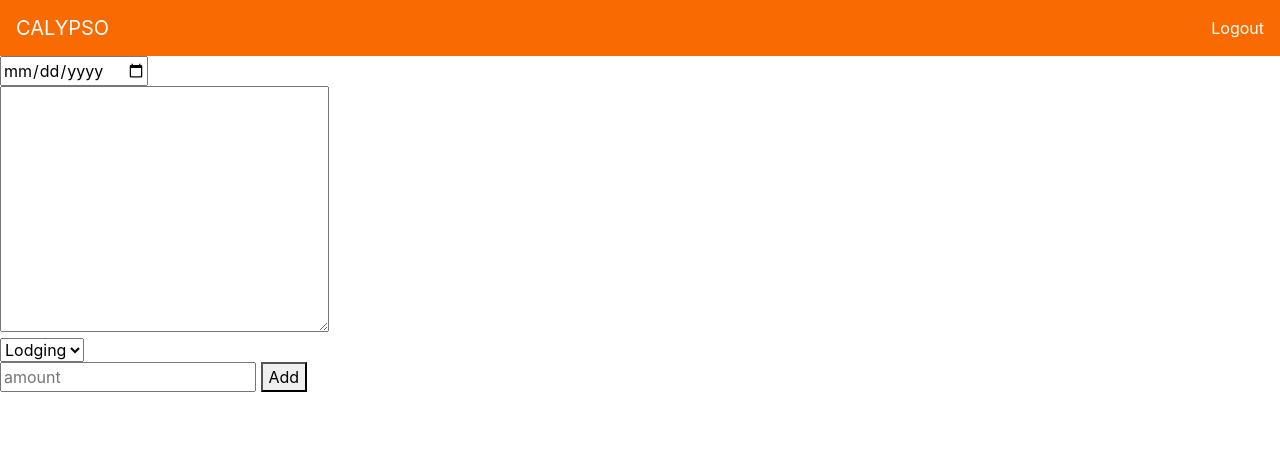
Repository: mileslacue/Project1
Page: Minimal Viable Product/Project1/ERS/src/main/webapp/partials/createReimbursement.html
An editor plug-in stored every save of this project. The page is shown before and after the next save, followed by the edit.
The browser window is 1280 px wide. The pictures show the whole page.
Some web libraries are served in a nearby version.

Above is the page before, as saved 2018-11-07 14:23:07.

### Minimal Viable Product/Project1/ERS/src/main/webapp/partials/createReimbursement.html
<!DOCTYPE html>
<html lang="en">

<head>
<meta charset="UTF-8">
<meta name="viewport" content="width=device-width, initial-scale=1.0">
<meta http-equiv="X-UA-Compatible" content="ie=edge">
<link rel="stylesheet" href="https://stackpath.bootstrapcdn.com/bootstrap/4.1.3/css/bootstrap.min.css" integrity="sha384-MCw98/SFnGE8fJT3GXwEOngsV7Zt27NXFoaoApmYm81iuXoPkFOJwJ8ERdknLPMO"

       crossorigin="anonymous">

<style>
nav {
	background-color: #F96A00;
}
</style>

</head>
<body>

	<nav class="navbar navbar-light">
		<a class="navbar-brand" href="#" style="color: white;"> CALYPSO </a> <a
			href="#" id="logout" style="color: white;">Logout</a>
	</nav>

	<input type="date" id="date" placeholder="">
	<br>
	<textarea name="description" id="description" cols="30" rows="10"></textarea>
	<br>
	<select name="type" id="type">
		<option value="Lodging">Lodging</option>
		<option value="Travel">Travel</option>
		<option value="Food">Food</option>
		<option value="Other">Other</option>
	</select>
	<br>
	<input type="number" placeholder="amount" id="amount">
	<button type="submit" id="add">Add</button>

	<script src="https://code.jquery.com/jquery-3.3.1.slim.min.js"
		integrity="sha384-q8i/X+965DzO0rT7abK41JStQIAqVgRVzpbzo5smXKp4YfRvH+8abtTE1Pi6jizo"
		crossorigin="anonymous"></script>
	<script
		src="https://cdnjs.cloudflare.com/ajax/libs/popper.js/1.14.3/umd/popper.min.js"
		integrity="sha384-ZMP7rVo3mIykV+2+9J3UJ46jBk0WLaUAdn689aCwoqbBJiSnjAK/l8WvCWPIPm49"
		crossorigin="anonymous"></script>
	<script
		src="https://stackpath.bootstrapcdn.com/bootstrap/4.1.3/js/bootstrap.min.js"
		integrity="sha384-ChfqqxuZUCnJSK3+MXmPNIyE6ZbWh2IMqE241rYiqJxyMiZ6OW/JmZQ5stwEULTy"
		crossorigin="anonymous"></script>
	<script type="text/javascript" charset="utf8" src="https://cdn.datatables.net/1.10.19/js/jquery.dataTables.js"></script>
</body>
</html>

After the next save:
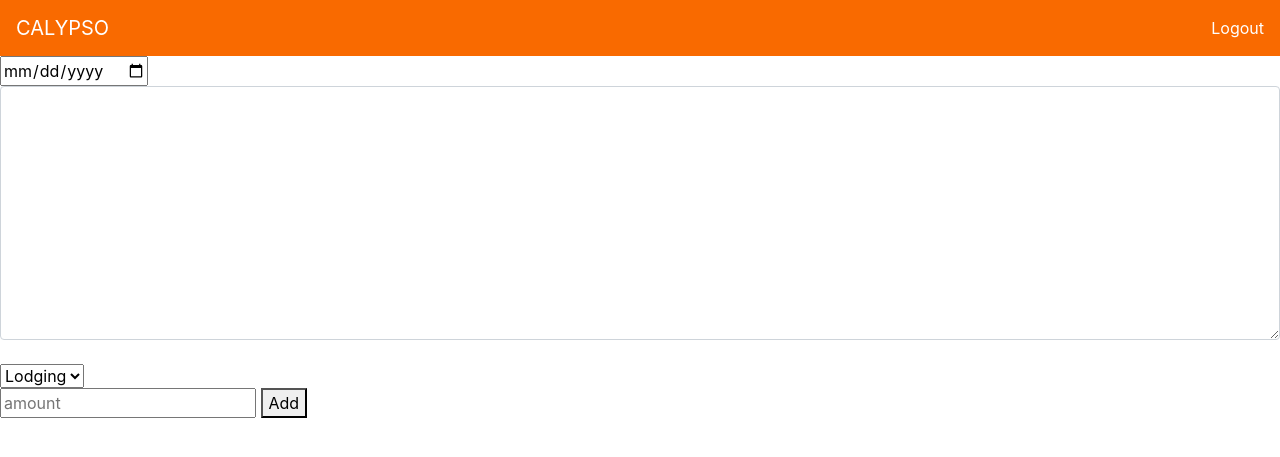
Saved 46 s later.
--- a/Minimal Viable Product/Project1/ERS/src/main/webapp/partials/createReimbursement.html
+++ b/Minimal Viable Product/Project1/ERS/src/main/webapp/partials/createReimbursement.html
@@ -25,7 +25,7 @@ nav {
 
 	<input type="date" id="date" placeholder="">
 	<br>
-	<textarea name="description" id="description" cols="30" rows="10"></textarea>
+	<textarea class="form-control" name="description" id="description" cols="30" rows="10"></textarea>
 	<br>
 	<select name="type" id="type">
 		<option value="Lodging">Lodging</option>
